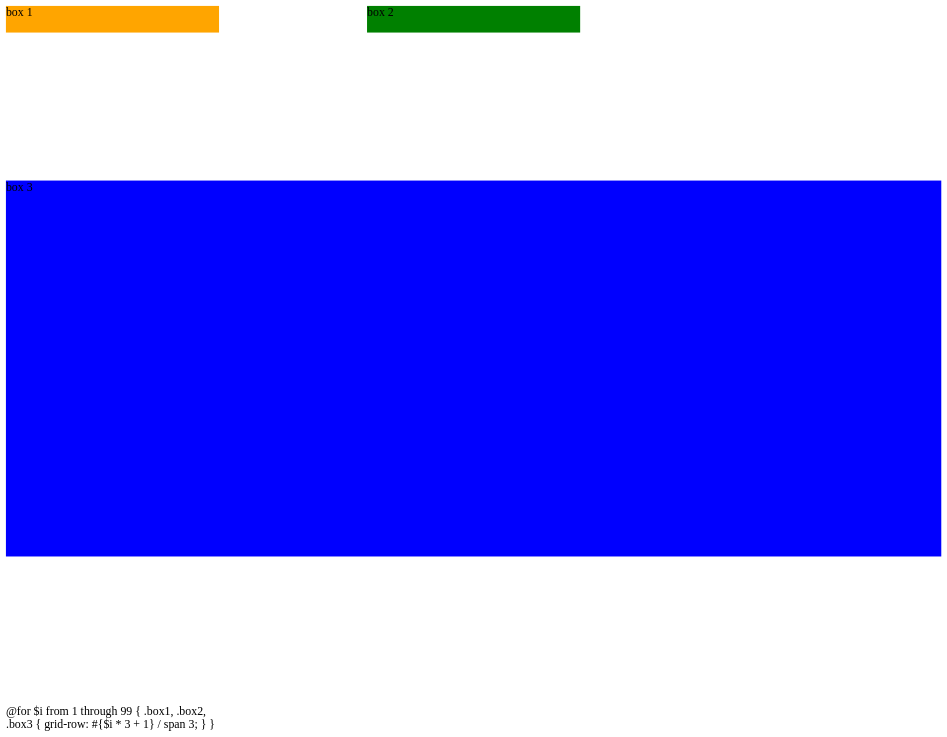
Repository: tianjiewang2022/tianjiewang2022.github.io
Page: index.html
These files come from the project's save history. The page is drawn as it stood at one moment and after the next save; the edit follows.
The browser window is 1280 px wide. The pictures show the whole page, at 74% of full size.

Above is the page before, as saved 2023-10-01 21:43:29.

After the next save:
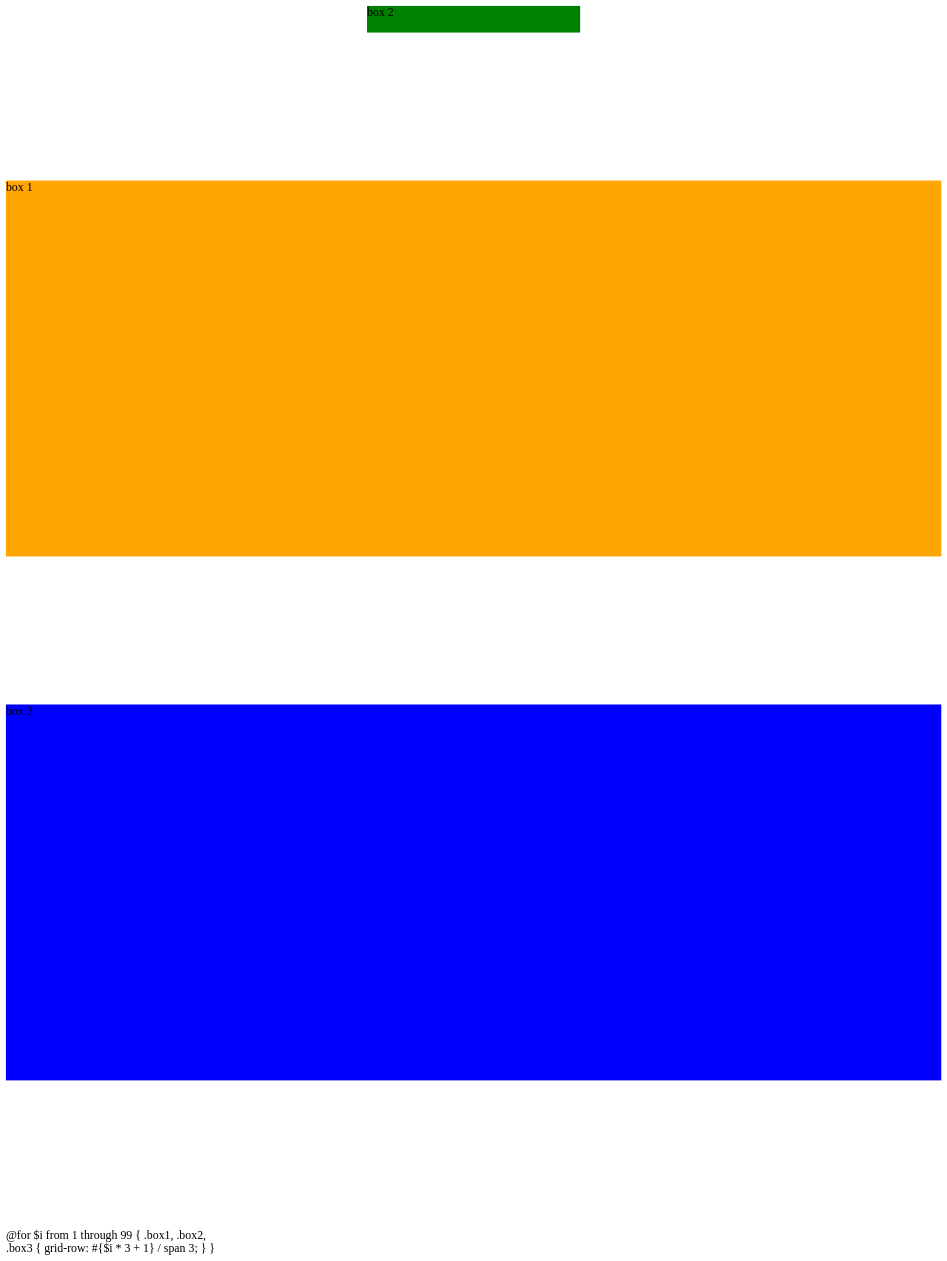
Saved 21 s later.
--- a/index.html
+++ b/index.html
@@ -14,8 +14,10 @@
 
             .box1 {
                 background-color: orange;
-                grid-column: 1/span 3;
-                grid-area: box1;
+                grid-column: 1 / span 3;
+                /* Span 3 columns */
+                grid-row: span 3;
+                /* Span 3 rows */
             }
 
             .box2 {
